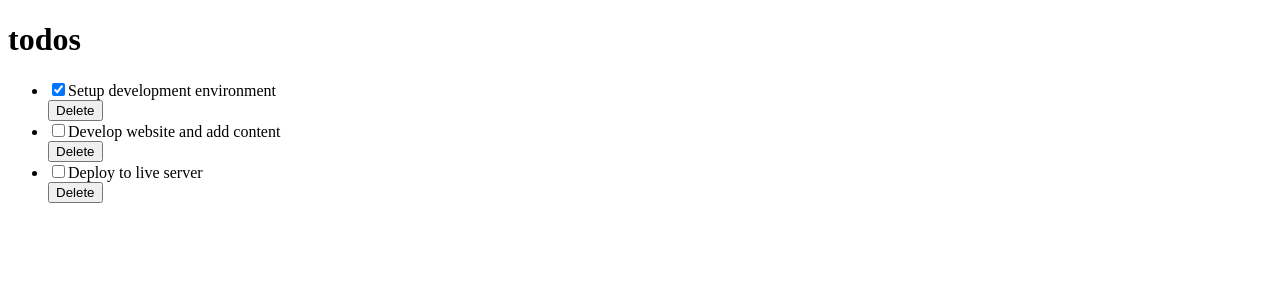
Repository: kennedyowusu/react-todo-app
Page: /
An editor plug-in stored every save of this project. The page is shown before and after the next save, followed by the edit.
The browser window is 1280 px wide. The pictures show the whole page.
The project was rebuilt for these pictures with package versions that can differ from the ones it lists, and the page was loaded fresh each time.

Above is the page before, as saved 2023-01-16 11:33:54.

### src/index.js
import React from 'react'
import ReactDOM from 'react-dom'
//component file
import TodoContainer from './components/TodoContainer'

ReactDOM.render(
  <React.StrictMode>
    <TodoContainer />
  </React.StrictMode>,
  document.getElementById('root')
)

### src/components/TodoContainer.js
import React from 'react'
import TodosList from './TodosList'
import Header from './Header'
import InputTodo from './InputTodo'

class TodoContainer extends React.Component {
  state = {
    todos: [
      {
        id: 1,
        title: 'Setup development environment',
        completed: true,
      },
      {
        id: 2,
        title: 'Develop website and add content',
        completed: false,
      },
      {
        id: 3,
        title: 'Deploy to live server',
        completed: false,
      },
    ],
  }

  handleChange = (id) => {
    this.setState((prevState) => ({
      todos: prevState.todos.map((todo) => {
        if (todo.id === id) {
          return {
            ...todo,
            completed: !todo.completed,
          }
        }
        return todo
      }),
    }))
  }

  delTodo = (id) => {
    this.setState({
      todos: [
        ...this.state.todos.filter((todo) => {
          return todo.id !== id
        }),
      ],
    })
  }

  render() {
    return (
      <div>
        <Header />
        <TodosList
          todos={this.state.todos}
          handleChangeProps={this.handleChange}
          deleteTodoProps={this.delTodo}
        />
      </div>
    )
  }
}
export default TodoContainer

### src/components/TodosList.js
import React from 'react'
import TodoItem from './TodoItem'

class TodosList extends React.Component {
  render() {
    return (
      <ul>
        {this.props.todos.map((todo) => (
          <TodoItem
            key={todo.id}
            todo={todo}
          handleChangeProps={this.props.handleChangeProps}
          deleteTodoProps={this.props.deleteTodoProps}
          />
        ))}
      </ul>
    )
  }
}

export default TodosList

### src/components/TodoItem.js
import React from 'react'

class TodoItem extends React.Component {
  render() {
   return (
     <>
       <li>
         <input
           type='checkbox'
           checked={this.props.todo.completed}
           onChange={() => this.props.handleChangeProps(this.props.todo.id)}
         />
         {this.props.todo.title}
       </li>
     <button
      onClick={() => this.props.deleteTodoProps(this.props.todo.id)}
     >Delete</button>
     </>
   )
  }
}

export default TodoItem

### src/components/InputTodo.js
import React, { Component } from 'react'

class InputTodo extends Component {
  render() {
    return (
      <form>
        <input type='text' placeholder='Add Todo...' />
        <button>Submit</button>
      </form>
    )
  }
}
export default InputTodo

Loaded but not shown: public/index.html (common file); src/components/Header.js (common file)

After the next save:
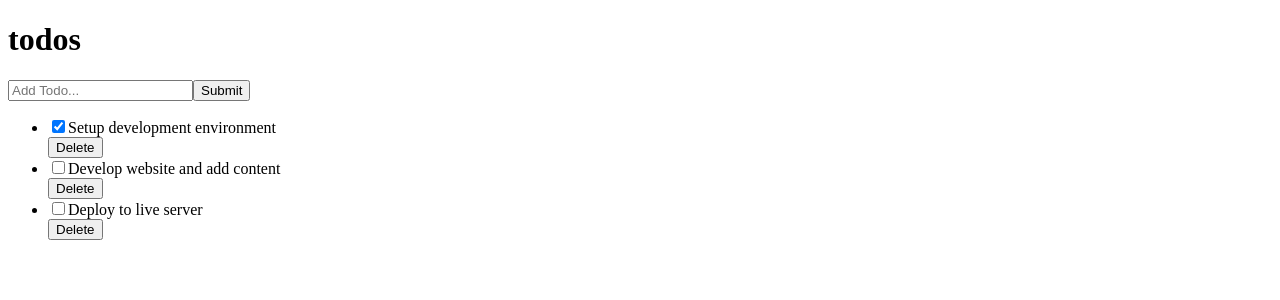
Saved 12 s later.
--- a/src/components/TodoContainer.js
+++ b/src/components/TodoContainer.js
@@ -52,6 +52,7 @@ class TodoContainer extends React.Component {
     return (
       <div>
         <Header />
+        <InputTodo />
         <TodosList
           todos={this.state.todos}
           handleChangeProps={this.handleChange}
